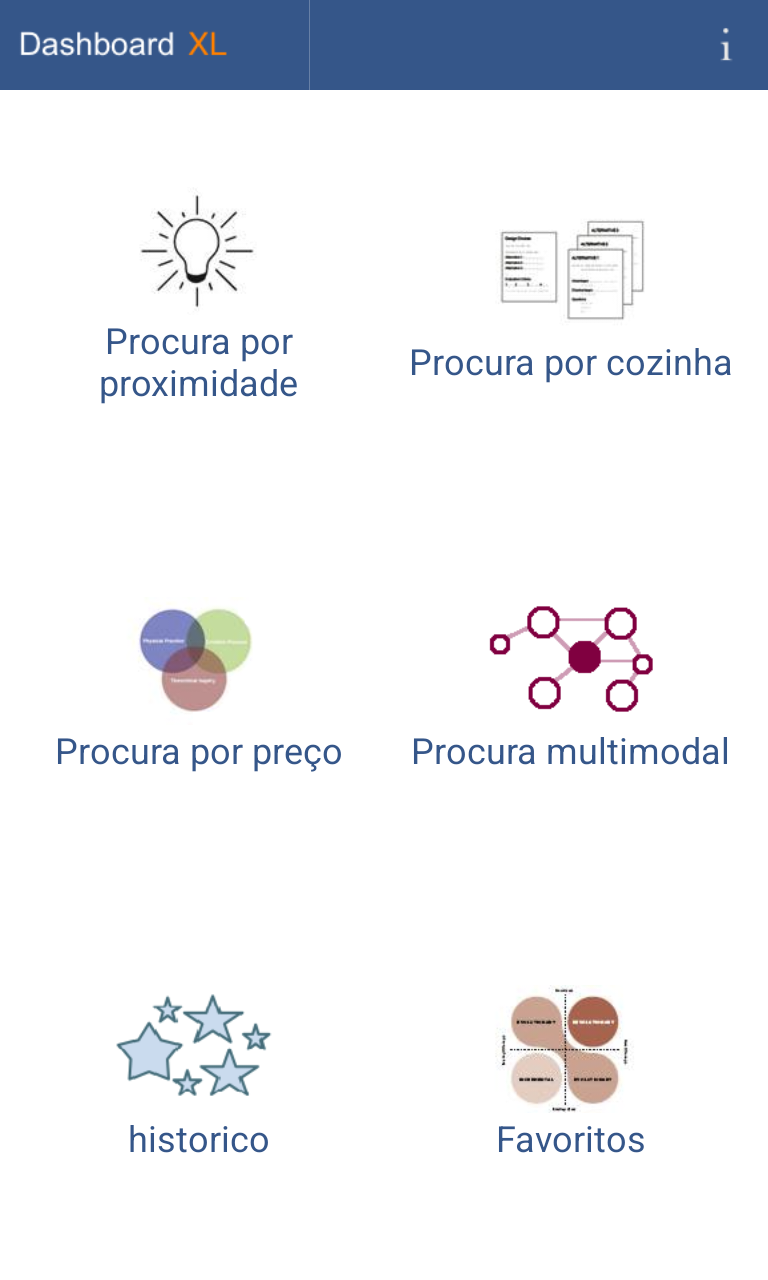
Repository: joaoA/ihc
Layout: spotilicious/res/layout/activity_home.xml
An editor plug-in stored every save of this project. The layout is shown before and after the next save, followed by the edit.
It is drawn on a 768 x 1280 px phone screen (xhdpi) without system bars, with theme Theme.D1; the app's code is not run.

Above is the layout before, as saved 2012-05-16 00:27:26.

### spotilicious/res/layout/activity_home.xml
<?xml version="1.0" encoding="utf-8"?>
<!--
    Copyright 2011 Wglxy.com
    Derived from Google IO Schedule App, Copyright 2010 Google, Inc.

    Licensed under the Apache License, Version 2.0 (the "License");
    you may not use this file except in compliance with the License.
    You may obtain a copy of the License at

         http://www.apache.org/licenses/LICENSE-2.0

    Unless required by applicable law or agreed to in writing, software
    distributed under the License is distributed on an "AS IS" BASIS,
    WITHOUT WARRANTIES OR CONDITIONS OF ANY KIND, either express or implied.
    See the License for the specific language governing permissions and
    limitations under the License.
-->
<LinearLayout xmlns:android="http://schemas.android.com/apk/res/android"
    android:id="@+id/db1_root"
    android:orientation="vertical"
    android:background="@color/background1"
    android:layout_width="match_parent"
    android:layout_height="match_parent">
    <LinearLayout style="@style/TitleBar">
        <ImageView style="@style/TitleBarLogo"
            android:contentDescription="@string/description_logo"
            android:src="@drawable/title_logo" />

        <ImageView style="@style/TitleBarSeparator" android:contentDescription="@string/cenas"/>
        <TextView style="@style/TitleBarText" />
        <ImageButton style="@style/TitleBarAction"
            android:contentDescription="@string/description_about"
            android:src="@drawable/title_about"
            android:onClick="onClickAbout" />
</LinearLayout>
<LinearLayout
    android:orientation="vertical"
    android:layout_width="match_parent"
    android:layout_height="match_parent"
    android:weightSum="3"
    android:padding="6dip">
    <LinearLayout
        android:orientation="horizontal"
        android:layout_width="match_parent"
        android:layout_height="match_parent"
        android:layout_weight="1">
        <Button android:id="@+id/home_btn_feature1"
            style="@style/HomeButton"
            android:onClick="onClickFeature"
            android:text="@string/title_feature1"
            android:drawableTop="@drawable/home_button1"/>
        <Button android:id="@+id/home_btn_feature2"
            style="@style/HomeButton"
            android:onClick="onClickFeature"
            android:text="@string/title_feature2"
            android:drawableTop="@drawable/home_button2"/>
    </LinearLayout>

    <LinearLayout
        android:orientation="horizontal"
        android:layout_width="match_parent"
        android:layout_height="match_parent"
        android:layout_weight="1">
        <Button android:id="@+id/home_btn_feature3"
            style="@style/HomeButton"
            android:onClick="onClickFeature"
            android:text="@string/title_feature3"
            android:drawableTop="@drawable/home_button3"/>
        <Button android:id="@+id/home_btn_feature4"
            style="@style/HomeButton"
            android:onClick="onClickFeature"
            android:text="@string/title_feature4"
            android:drawableTop="@drawable/home_button4"/>
    </LinearLayout>

    <LinearLayout
        android:orientation="horizontal"
        android:layout_width="match_parent"
        android:layout_height="match_parent"
        android:layout_weight="1">
        <Button android:id="@+id/home_btn_feature5"
            style="@style/HomeButton"
            android:onClick="onClickFeature"
            android:text="@string/title_feature5"
            android:drawableTop="@drawable/home_button5"/>
        <Button android:id="@+id/home_btn_feature6"
            style="@style/HomeButton"
            android:onClick="onClickFeature"
            android:text="@string/title_feature6"
            android:drawableTop="@drawable/home_button6"/>
    </LinearLayout>

</LinearLayout>

</LinearLayout>

### spotilicious/res/values/colors.xml
<?xml version="1.0" encoding="utf-8"?>
<!--
    Copyright 2011 Wglxy.com

    Licensed under the Apache License, Version 2.0 (the "License");
    you may not use this file except in compliance with the License.
    You may obtain a copy of the License at

         http://www.apache.org/licenses/LICENSE-2.0

    Unless required by applicable law or agreed to in writing, software
    distributed under the License is distributed on an "AS IS" BASIS,
    WITHOUT WARRANTIES OR CONDITIONS OF ANY KIND, either express or implied.
    See the License for the specific language governing permissions and
    limitations under the License.
-->
<resources>
    <color name="title_background">#ff355689</color>
    <color name="title_text">#ffffffff</color>
    <color name="title_text_alt">#ff000000</color>
    <color name="foreground1">#ff355689</color>
    <color name="foreground2">#ff7081a3</color>
    <color name="background1">#ffffffff</color>
    <color name="background2">#ffd5ddeb</color>
    <color name="background3">#ffe3e8f1</color>
    <color name="large_background">#ff000022</color>
    <color name="title_separator">#40ffffff</color>
</resources>

### spotilicious/res/values/strings.xml
<?xml version="1.0" encoding="utf-8"?>
<!--
    Copyright 2011 Wglxy.com

    Licensed under the Apache License, Version 2.0 (the "License");
    you may not use this file except in compliance with the License.
    You may obtain a copy of the License at

         http://www.apache.org/licenses/LICENSE-2.0

    Unless required by applicable law or agreed to in writing, software
    distributed under the License is distributed on an "AS IS" BASIS,
    WITHOUT WARRANTIES OR CONDITIONS OF ANY KIND, either express or implied.
    See the License for the specific language governing permissions and
    limitations under the License.
-->
<resources>
    <string name="hello">Choose one of the features below.</string>

    <string name="app_name">Spotlicious</string>

    <string name="description_about">About</string>
    <string name="description_home">Home</string>
    <string name="description_search">Search</string>
    <string name="description_feature1">Feature 1</string>
    <string name="description_feature2">Feature 2</string>
    <string name="description_feature3">Feature 3</string>
    <string name="description_feature4">Feature 4</string>
    <string name="description_feature5">Feature 5</string>
    <string name="description_feature6">Feature 6</string>

    <string name="title_about">About</string>
    <string name="title_home">Home</string>
    <string name="title_feature1">Procura por proximidade</string>
    <string name="title_feature2">Procura por cozinha</string>
    <string name="title_feature3">Procura por preço</string>
    <string name="title_feature4">Procura multimodal</string>
    <string name="title_feature5">historico</string>
    <string name="title_feature6">Favoritos</string>

    <string name="default_intro">This is the default content view for an activity. Be sure to change your activity\'s onCreate method. Use setContentView on a custom layout.</string>
    <string name="feature1_intro">Feature 1 content goes here.</string>
    <string name="feature2_intro">Feature 2 content goes here.</string>
    <string name="feature3_intro">Feature 3 content goes here.</string>
    <string name="feature4_intro">Feature 4 content goes here.</string>
    <string name="feature5_intro">Feature 5 content goes here.</string>
    <string name="feature6_intro">Feature 6 content goes here.</string>

    <string name="about_intro">This app is a demo to show you how to do an Android app based on the Dashboard pattern that has been used in apps like Twitter, Google IO, and Evernote.</string>
    <string name="search_intro">Content for the Search page goes here.</string>
    <string name="cenas">cenas</string>
    <string name="description_logo">spotlicious</string>


</resources>

### spotilicious/res/drawable/title_logo.xml
<?xml version="1.0" encoding="utf-8"?>
<!--
    Copyright 2011 Wglxy.com

    Licensed under the Apache License, Version 2.0 (the "License");
    you may not use this file except in compliance with the License.
    You may obtain a copy of the License at

         http://www.apache.org/licenses/LICENSE-2.0

    Unless required by applicable law or agreed to in writing, software
    distributed under the License is distributed on an "AS IS" BASIS,
    WITHOUT WARRANTIES OR CONDITIONS OF ANY KIND, either express or implied.
    See the License for the specific language governing permissions and
    limitations under the License.
-->
<selector xmlns:android="http://schemas.android.com/apk/res/android">
    <item android:state_focused="true" android:state_pressed="false" android:drawable="@drawable/title_logo_pressed"/>
    <item android:state_focused="true" android:drawable="@drawable/title_logo_selected"/>
    <item android:state_focused="false" android:state_pressed="false" android:drawable="@drawable/title_logo_default"/>
</selector>

### spotilicious/res/values/ids.xml
<?xml version="1.0" encoding="utf-8"?>
<!--
    This is a modified version of a class from the IO Schedule app.
    The original copyright and license information follows.

    Copyright 2010 Google Inc.

    Licensed under the Apache License, Version 2.0 (the "License");
    you may not use this file except in compliance with the License.
    You may obtain a copy of the License at

         http://www.apache.org/licenses/LICENSE-2.0

    Unless required by applicable law or agreed to in writing, software
    distributed under the License is distributed on an "AS IS" BASIS,
    WITHOUT WARRANTIES OR CONDITIONS OF ANY KIND, either express or implied.
    See the License for the specific language governing permissions and
    limitations under the License.
-->

<resources>
    <item type="id" name="title_container" />
    <item type="id" name="title_logo" />
    <item type="id" name="title_text" />

    <item type="id" name="dialog_discard_confirm" />

    <item type="id" name="dialog_moderator" />
    <item type="id" name="dialog_wave" />

    <item type="id" name="blocks_ruler" />
    <item type="id" name="blocks_now" />

</resources>

### spotilicious/res/drawable/title_about.xml
<?xml version="1.0" encoding="utf-8"?>
<!--
    Copyright 2011 Wglxy.com

    Licensed under the Apache License, Version 2.0 (the "License");
    you may not use this file except in compliance with the License.
    You may obtain a copy of the License at

         http://www.apache.org/licenses/LICENSE-2.0

    Unless required by applicable law or agreed to in writing, software
    distributed under the License is distributed on an "AS IS" BASIS,
    WITHOUT WARRANTIES OR CONDITIONS OF ANY KIND, either express or implied.
    See the License for the specific language governing permissions and
    limitations under the License.
-->
<selector xmlns:android="http://schemas.android.com/apk/res/android">
    <item android:state_focused="true" android:state_pressed="true" android:drawable="@drawable/title_about_alt"/>
    <item android:state_focused="false" android:state_pressed="true" android:drawable="@drawable/title_about_alt"/>
    <item android:state_focused="true" android:drawable="@drawable/title_about_alt"/>
    <item android:state_focused="false" android:state_pressed="false" android:drawable="@drawable/title_about_default"/>
</selector>

### spotilicious/res/drawable/home_button1.xml
<?xml version="1.0" encoding="utf-8"?>
<!--
    Copyright 2011 Wglxy.com

    Licensed under the Apache License, Version 2.0 (the "License");
    you may not use this file except in compliance with the License.
    You may obtain a copy of the License at

         http://www.apache.org/licenses/LICENSE-2.0

    Unless required by applicable law or agreed to in writing, software
    distributed under the License is distributed on an "AS IS" BASIS,
    WITHOUT WARRANTIES OR CONDITIONS OF ANY KIND, either express or implied.
    See the License for the specific language governing permissions and
    limitations under the License.
-->
<selector xmlns:android="http://schemas.android.com/apk/res/android">
    <item android:state_focused="true" android:state_pressed="true" android:drawable="@drawable/light_bulb_pressed"/>
    <item android:state_focused="false" android:state_pressed="true" android:drawable="@drawable/light_bulb_pressed"/>
    <item android:state_focused="true" android:drawable="@drawable/light_bulb_selected"/>
    <item android:state_focused="false" android:state_pressed="false" android:drawable="@drawable/light_bulb_default"/>
</selector>

### spotilicious/res/drawable/home_button2.xml
<?xml version="1.0" encoding="utf-8"?>
<!--
    Copyright 2011 Wglxy.com

    Licensed under the Apache License, Version 2.0 (the "License");
    you may not use this file except in compliance with the License.
    You may obtain a copy of the License at

         http://www.apache.org/licenses/LICENSE-2.0

    Unless required by applicable law or agreed to in writing, software
    distributed under the License is distributed on an "AS IS" BASIS,
    WITHOUT WARRANTIES OR CONDITIONS OF ANY KIND, either express or implied.
    See the License for the specific language governing permissions and
    limitations under the License.
-->
<selector xmlns:android="http://schemas.android.com/apk/res/android">
    <item android:state_focused="true" android:state_pressed="true" android:drawable="@drawable/stack_pressed"/>
    <item android:state_focused="false" android:state_pressed="true" android:drawable="@drawable/stack_pressed"/>
    <item android:state_focused="true" android:drawable="@drawable/stack_selected"/>
    <item android:state_focused="false" android:state_pressed="false" android:drawable="@drawable/stack_default"/>
</selector>

### spotilicious/res/drawable/home_button3.xml
<?xml version="1.0" encoding="utf-8"?>
<!--
    Copyright 2011 Wglxy.com

    Licensed under the Apache License, Version 2.0 (the "License");
    you may not use this file except in compliance with the License.
    You may obtain a copy of the License at

         http://www.apache.org/licenses/LICENSE-2.0

    Unless required by applicable law or agreed to in writing, software
    distributed under the License is distributed on an "AS IS" BASIS,
    WITHOUT WARRANTIES OR CONDITIONS OF ANY KIND, either express or implied.
    See the License for the specific language governing permissions and
    limitations under the License.
-->
<selector xmlns:android="http://schemas.android.com/apk/res/android">
    <item android:state_focused="true" android:state_pressed="true" android:drawable="@drawable/venn_2_pressed"/>
    <item android:state_focused="false" android:state_pressed="true" android:drawable="@drawable/venn_2_pressed"/>
    <item android:state_focused="true" android:drawable="@drawable/venn_2_selected"/>
    <item android:state_focused="false" android:state_pressed="false" android:drawable="@drawable/venn_2_default"/>
</selector>

### spotilicious/res/drawable/home_button4.xml
<?xml version="1.0" encoding="utf-8"?>
<!--
    Copyright 2011 Wglxy.com

    Licensed under the Apache License, Version 2.0 (the "License");
    you may not use this file except in compliance with the License.
    You may obtain a copy of the License at

         http://www.apache.org/licenses/LICENSE-2.0

    Unless required by applicable law or agreed to in writing, software
    distributed under the License is distributed on an "AS IS" BASIS,
    WITHOUT WARRANTIES OR CONDITIONS OF ANY KIND, either express or implied.
    See the License for the specific language governing permissions and
    limitations under the License.
-->
<selector xmlns:android="http://schemas.android.com/apk/res/android">
    <item android:state_focused="true" android:state_pressed="true" android:drawable="@drawable/rel_map_pressed"/>
    <item android:state_focused="false" android:state_pressed="true" android:drawable="@drawable/rel_map_pressed"/>
    <item android:state_focused="true" android:drawable="@drawable/rel_map_selected"/>
    <item android:state_focused="false" android:state_pressed="false" android:drawable="@drawable/rel_map_default"/>
</selector>

### spotilicious/res/drawable/home_button5.xml
<?xml version="1.0" encoding="utf-8"?>
<!--
    Copyright 2011 Wglxy.com

    Licensed under the Apache License, Version 2.0 (the "License");
    you may not use this file except in compliance with the License.
    You may obtain a copy of the License at

         http://www.apache.org/licenses/LICENSE-2.0

    Unless required by applicable law or agreed to in writing, software
    distributed under the License is distributed on an "AS IS" BASIS,
    WITHOUT WARRANTIES OR CONDITIONS OF ANY KIND, either express or implied.
    See the License for the specific language governing permissions and
    limitations under the License.
-->
<selector xmlns:android="http://schemas.android.com/apk/res/android">
    <item android:state_focused="true" android:state_pressed="true" android:drawable="@drawable/stars_pressed"/>
    <item android:state_focused="false" android:state_pressed="true" android:drawable="@drawable/stars_pressed"/>
    <item android:state_focused="true" android:drawable="@drawable/stars_selected"/>
    <item android:state_focused="false" android:state_pressed="false" android:drawable="@drawable/stars_default"/>
</selector>

### spotilicious/res/drawable/home_button6.xml
<?xml version="1.0" encoding="utf-8"?>
<!--
    Copyright 2011 Wglxy.com

    Licensed under the Apache License, Version 2.0 (the "License");
    you may not use this file except in compliance with the License.
    You may obtain a copy of the License at

         http://www.apache.org/licenses/LICENSE-2.0

    Unless required by applicable law or agreed to in writing, software
    distributed under the License is distributed on an "AS IS" BASIS,
    WITHOUT WARRANTIES OR CONDITIONS OF ANY KIND, either express or implied.
    See the License for the specific language governing permissions and
    limitations under the License.
-->
<selector xmlns:android="http://schemas.android.com/apk/res/android">
    <item android:state_focused="true" android:state_pressed="true" android:drawable="@drawable/evo_revo_incr_pressed"/>
    <item android:state_focused="false" android:state_pressed="true" android:drawable="@drawable/evo_revo_incr_pressed"/>
    <item android:state_focused="true" android:drawable="@drawable/evo_revo_incr_selected"/>
    <item android:state_focused="false" android:state_pressed="false" android:drawable="@drawable/evo_revo_incr_default"/>
</selector>

### spotilicious/res/values/dimens.xml
<?xml version="1.0" encoding="utf-8"?>
<!--
    Copyright 2011 Wglxy.com

    Licensed under the Apache License, Version 2.0 (the "License");
    you may not use this file except in compliance with the License.
    You may obtain a copy of the License at

         http://www.apache.org/licenses/LICENSE-2.0

    Unless required by applicable law or agreed to in writing, software
    distributed under the License is distributed on an "AS IS" BASIS,
    WITHOUT WARRANTIES OR CONDITIONS OF ANY KIND, either express or implied.
    See the License for the specific language governing permissions and
    limitations under the License.
-->
<resources>
    <dimen name="title_height">45dip</dimen>
    <dimen name="text_size_small">14sp</dimen>
    <dimen name="text_size_medium">18sp</dimen>
    <dimen name="text_size_large">22sp</dimen>
</resources>

Loaded but not shown: spotilicious/res/drawable/title_button.xml (common file); spotilicious/res/values/styles.xml (118 lines, source omitted)

After the next save:
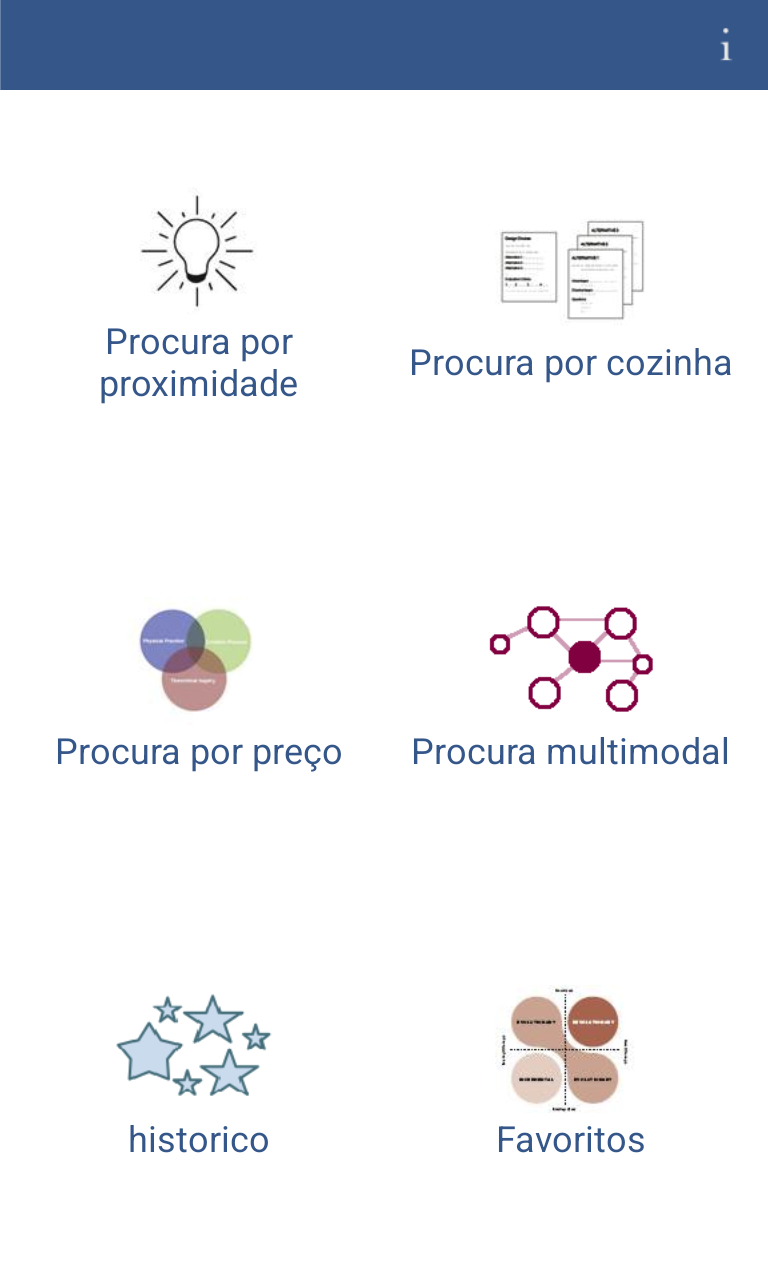
Saved 40 min 43 s later.
--- a/spotilicious/res/layout/activity_home.xml
+++ b/spotilicious/res/layout/activity_home.xml
@@ -24,7 +24,7 @@
     <LinearLayout style="@style/TitleBar">
         <ImageView style="@style/TitleBarLogo"
             android:contentDescription="@string/description_logo"
-            android:src="@drawable/title_logo" />
+            android:src="@string/app_name" />
 
         <ImageView style="@style/TitleBarSeparator" android:contentDescription="@string/cenas"/>
         <TextView style="@style/TitleBarText" />
